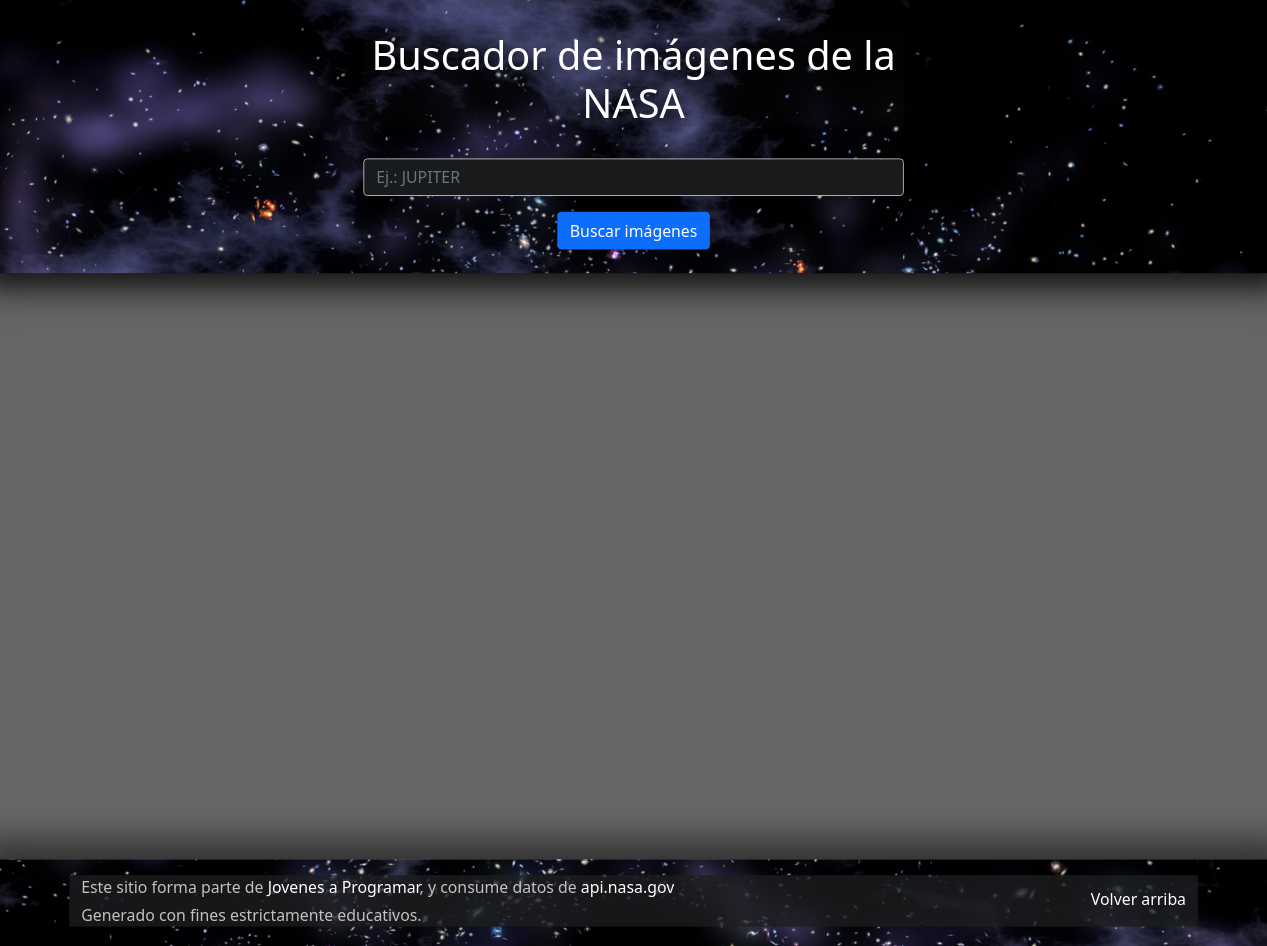
Repository: romancegirl/galaxies
Page: index.html
The author's editor kept a copy of each file at every save. The page is drawn from the files as they stood at one save, then again after a run of saves.
The browser window is 1280 px wide. The pictures show the whole page, at 99% of full size.

Above is the page before, as saved 2024-11-30 06:03:09.

After the next 2 saves:
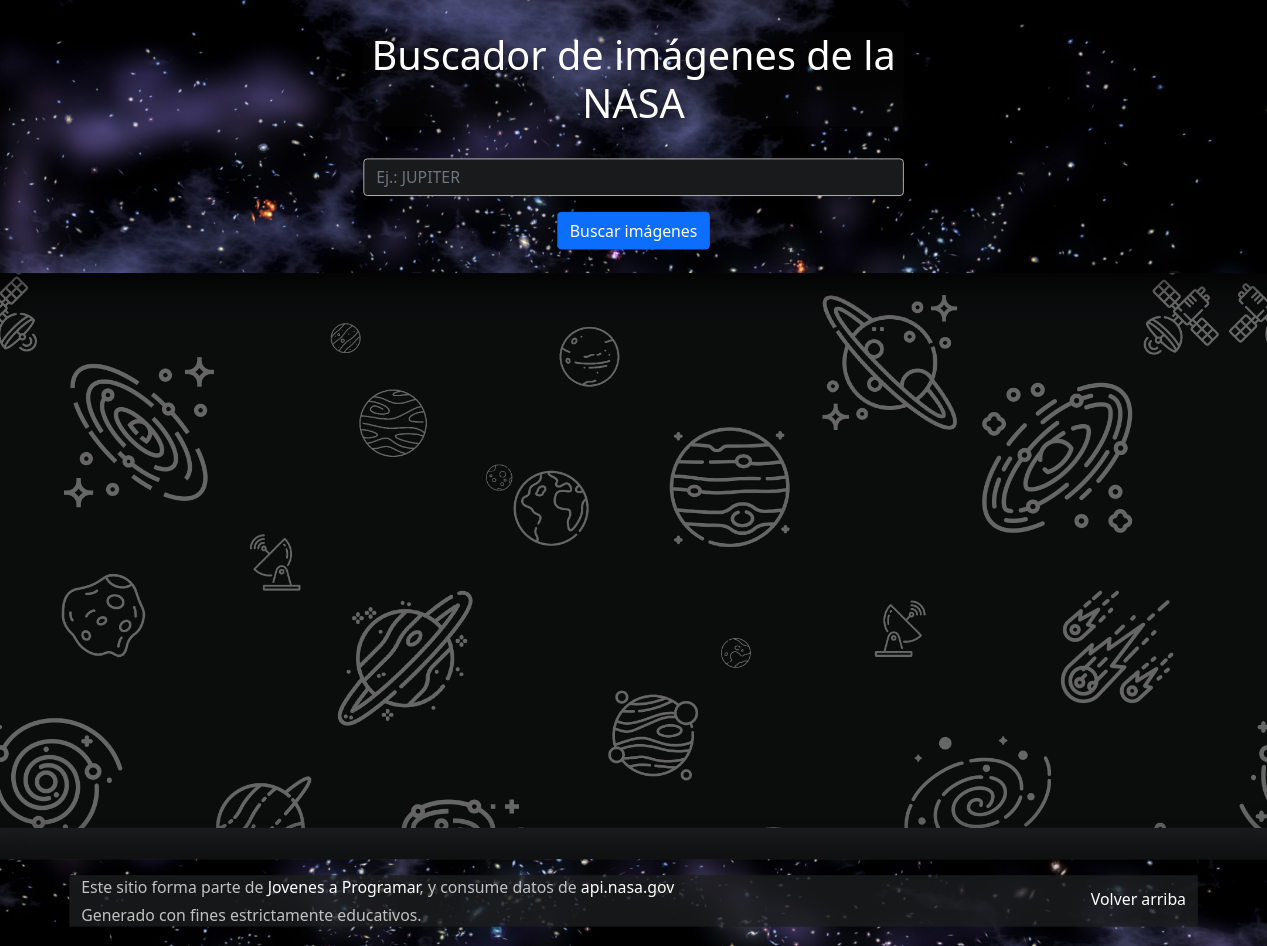
The 2 saves are shown as one change because they came seconds apart.
The last was saved 35 s later.
--- a/css/style.css
+++ b/css/style.css
@@ -7,24 +7,24 @@
 }
 
 body {
+    background-color: #1C1E1F;
     color: #B2B1B0;
     display: flex;
     flex-direction: column;
     min-height: 100vh;
-    background:
-        linear-gradient(rgba(0, 0, 0, 0.6), rgba(0, 0, 0, 0.6)),
-        url('../img/background.png');
-    background-size: 80rem;
-    background-position: top 0.2rem right 2.4rem;
-    background-repeat: repeat;
-    margin: 0;
-    padding: 0;
-
 }
 
 main {
     min-height: calc(100vh - 160px);
     flex-grow: 1;
+    background:
+    linear-gradient(rgba(0, 0, 0, 0.6), rgba(0, 0, 0, 0.6)),
+    url('../img/background.png');
+background-size: 80rem;
+background-position: top 0.2rem right 2.4rem;
+background-repeat: repeat;
+margin: 0;
+padding: 0;
 }
 
 
